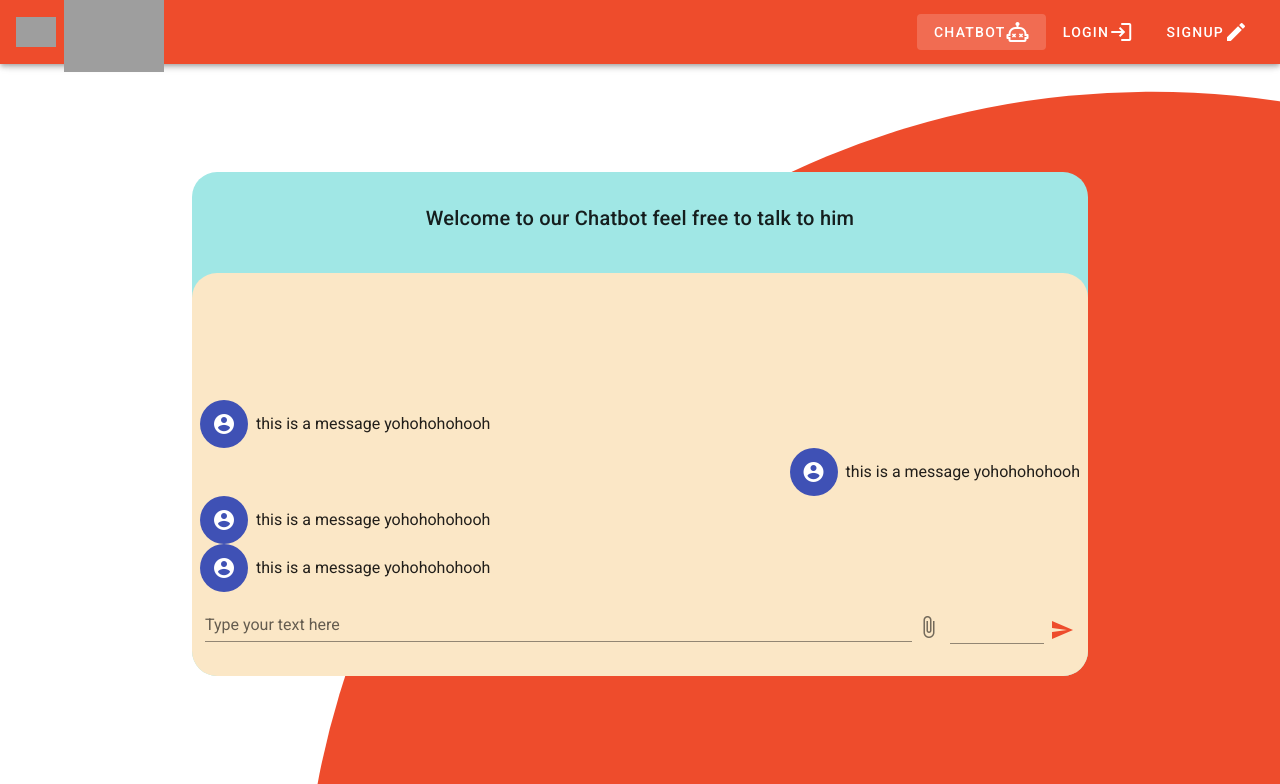
Repository: atout811/pyTorch-Hackathon
Page: /chatbot (app in frontend/)
The author's editor kept a copy of each file at every save. The page is drawn from the files as they stood at one save, then again after the next save.
The browser window is 1280 px wide. The pictures show the whole page.
Pictures or frames that could not be fetched are drawn as grey boxes. The project was rebuilt for these pictures with package versions that can differ from the ones it lists, and the page was loaded fresh each time. Also part of the build but not shown: frontend/vue.config.js, frontend/src/views/Home.vue.

Above is the page before, as saved 2021-10-21 15:28:40.

### frontend/src/main.js
import Vue from 'vue'
import App from './App.vue'
import './registerServiceWorker'
import router from './router'
import store from './store'
import vuetify from './plugins/vuetify'
import instance from './plugins/axios'

Vue.config.productionTip = false
Vue.prototype.$axios = instance;

new Vue({
  router,
  store,
  vuetify,
  render: function (h) { return h(App) }
}).$mount('#app')

### frontend/src/App.vue
<template>
  <v-app>
    <v-app-bar app color="primary" dark>
      <div class="d-flex align-center">
        <v-img
          alt="Vuetify Logo"
          class="shrink mr-2"
          contain
          src="https://cdn.vuetifyjs.com/images/logos/vuetify-logo-dark.png"
          transition="scale-transition"
          width="40"
        />

        <v-img
          alt="Vuetify Name"
          class="shrink mt-1 hidden-sm-and-down"
          contain
          min-width="100"
          src="https://cdn.vuetifyjs.com/images/logos/vuetify-name-dark.png"
          width="100"
        />
      </div>

      <v-spacer></v-spacer>
      <v-btn to="/chatbot" text>
        <v-text>Chatbot</v-text>
        <v-icon>mdi-robot-dead-outline</v-icon>
      </v-btn>
      <v-btn to="/login" text>
        <v-text>Login</v-text>
        <v-icon>mdi-login</v-icon>
      </v-btn>
      <v-btn to="/signup" text>
        <v-text>Signup</v-text>
        <v-icon>mdi-pencil</v-icon>
      </v-btn>
    </v-app-bar>

    <v-main class="bubble">
      <router-view />
    </v-main>
  </v-app>
</template>

<script>
export default {
  name: "App",

  data: () => ({
    //
  }),
};
</script>
<style>
.bubble::before {
  background-color: var(--v-primary-base);
  clip-path: circle(80% at 90% 120%);
  width: 100%;
  height: 100%;
  content: "";
  position: absolute;
  box-sizing: none;
  top: 0;
  left: 0;
}
</style>

### frontend/src/router/index.js
import Vue from "vue";
import VueRouter from "vue-router";
import Home from "../views/Home.vue";

Vue.use(VueRouter);

const routes = [
  {
    path: "/",
    name: "Home",
    component: Home,
  },
  {
    path: "/about",
    name: "About",
    // route level code-splitting
    // this generates a separate chunk (about.[hash].js) for this route
    // which is lazy-loaded when the route is visited.
    component: function() {
      return import(/* webpackChunkName: "about" */ "../views/About.vue");
    },
  },
  {
    path: "/login",
    name: "Login",
    // route level code-splitting
    // this generates a separate chunk (Login.[hash].js) for this route
    // which is lazy-loaded when the route is visited.
    component: function() {
      return import(/* webpackChunkName: "Login" */ "../views/Login.vue");
    },
  },
  {
    path: "/signup",
    name: "Signup",
    // route level code-splitting
    // this generates a separate chunk (Signup.[hash].js) for this route
    // which is lazy-loaded when the route is visited.
    component: function() {
      return import(/* webpackChunkName: "Signup" */ "../views/Signup.vue");
    },
  },
  {
    path: "/chatbot",
    name: "chatbot",
    // route level code-splitting
    // this generates a separate chunk (Signup.[hash].js) for this route
    // which is lazy-loaded when the route is visited.
    component: function() {
      return import(/* webpackChunkName: "Signup" */ "../views/Chatbot.vue");
    },
  },
];

const router = new VueRouter({
  mode: "history",
  base: process.env.BASE_URL,
  routes,
});

export default router;

### frontend/src/plugins/vuetify.js
import Vue from 'vue';
import Vuetify from 'vuetify/lib/framework';

Vue.use(Vuetify);

export default new Vuetify({
    theme: {
        themes: {
            light: {
                primary: "#ee4c2c"
            }
        }, options: {
            customProperties: true
        },
    }
});

### frontend/src/plugins/axios.js
import axios from "axios";

const instance = axios.create({
    headers: {
        "Content-Type": "application/json"
    }
})

export default instance;

### frontend/src/views/Chatbot.vue
<template>
  <div class="baba">
    <div class="container">
      <h1 class="title">Welcome to our Chatbot feel free to talk to him</h1>
      <div class="chat-container">
        <div v-for="(message, i) in chat" :key="i" class="messages">
          <div :class="message.from == 'bot' ? 'bot' : 'user'">
            <v-avatar color="indigo">
              <v-icon dark> mdi-account-circle </v-icon>
            </v-avatar>
            <div class="messg">this is a message yohohohohooh</div>
          </div>
        </div>
        <div class="input-group">
          <v-text-field
            class="text-input"
            label="Type your text here"
          ></v-text-field>
          <v-file-input accept="image/*"></v-file-input>
          <v-btn icon color="var(--v-primary-base)">
            <v-icon>mdi-send</v-icon>
          </v-btn>
        </div>
      </div>
    </div>
  </div>
</template>

<script>
export default {
  name: "chatbot",
  data() {
    return {
      chat: [
        { from: "bot", message: "hey how can i help u ?" },
        { from: "user", message: "nohting" },
        { from: "bot", message: "okay, bye " },
        { from: "bot", message: "btw feel fear on human" },
      ],
    };
  },
};
</script>

<style>
.baba {
  height: 100vh;
  width: 100vw;
  display: flex;
}
.container {
  height: 70vh;
  width: 70vw;
  padding: 0;
  align-self: center;
  background-color: #a0e7e5;
  border-radius: 25px;
  display: flex;
  flex-direction: column;
  justify-content: space-between;
  align-items: center;
}
.title {
  margin: 10px;
  margin-top: 30px;
}
.chat-container {
  height: 80%;
  width: 100%;
  background-color: #fbe7c6;
  border-radius: 25px;
  display: flex;
  flex-direction: column;
  justify-content: flex-end;
  padding: 8px;
}
.text-input {
  width: 70%;
  margin: 5px;
}
.input-group {
  display: flex;
  align-items: center;
}
.bot {
  display: flex;
  align-items: center;
}
.user {
  display: flex;
  align-items: center;
  justify-content: flex-end;
}
.messg {
  margin-left: 8px;
}
</style>

Loaded but not shown: frontend/public/index.html (common file); frontend/src/registerServiceWorker.js (common file); frontend/src/store/index.js (common file)

After the next save:
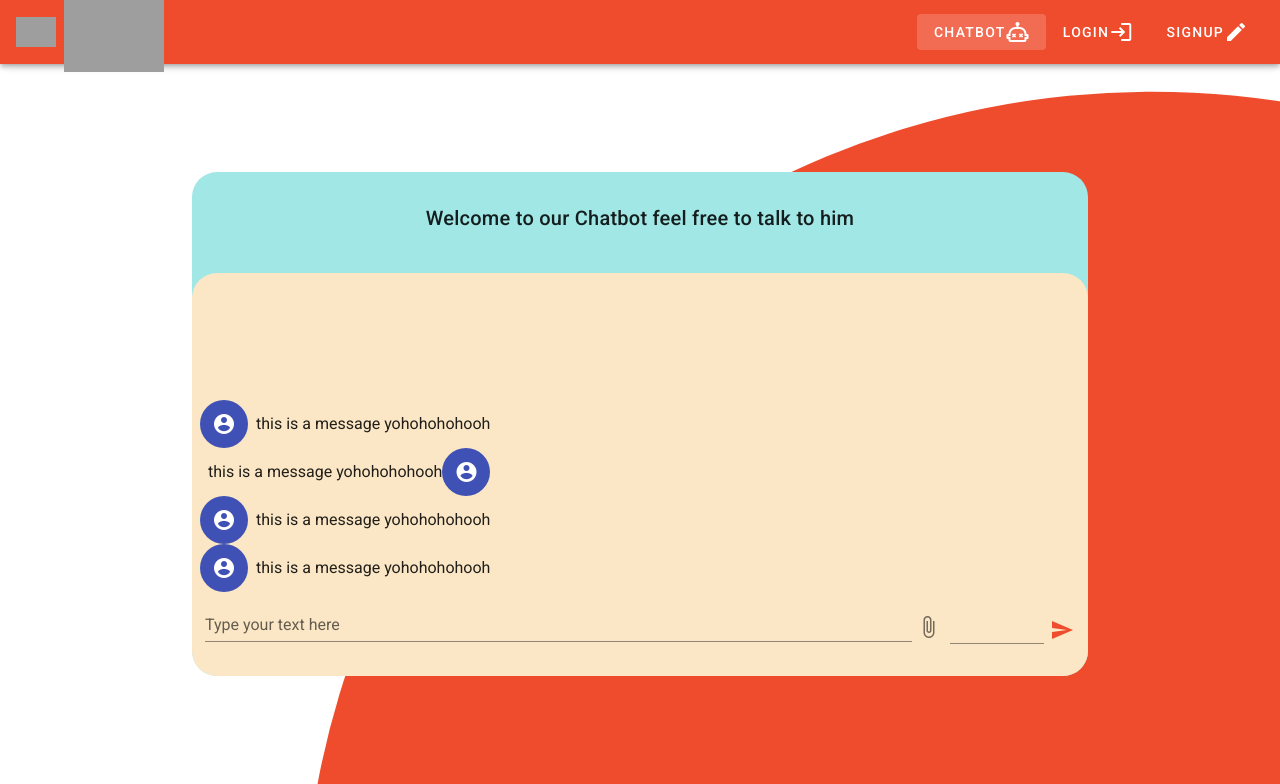
Saved 22 s later.
--- a/frontend/src/views/Chatbot.vue
+++ b/frontend/src/views/Chatbot.vue
@@ -89,6 +89,7 @@ export default {
 .user {
   display: flex;
   align-items: center;
+  flex-direction: row-reverse;
   justify-content: flex-end;
 }
 .messg {
